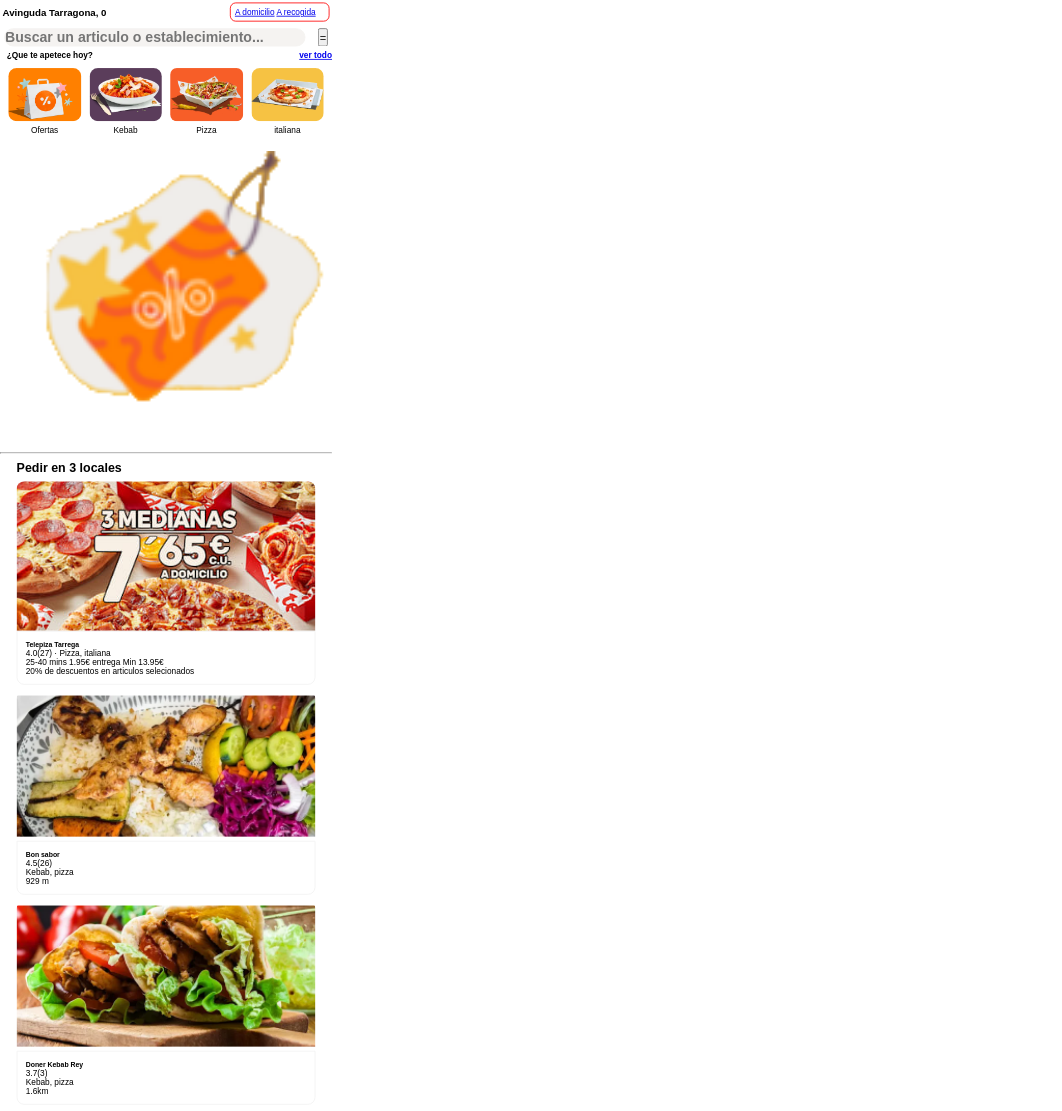
Repository: Srpinedaa/justEat
Page: index.html
These files come from the project's save history. The page is drawn as it stood at one moment and after the next save; the edit follows.
The browser window is 1280 px wide. The pictures show the whole page, at 83% of full size.

Above is the page before, as saved 2024-10-03 15:43:19.

After the next save:
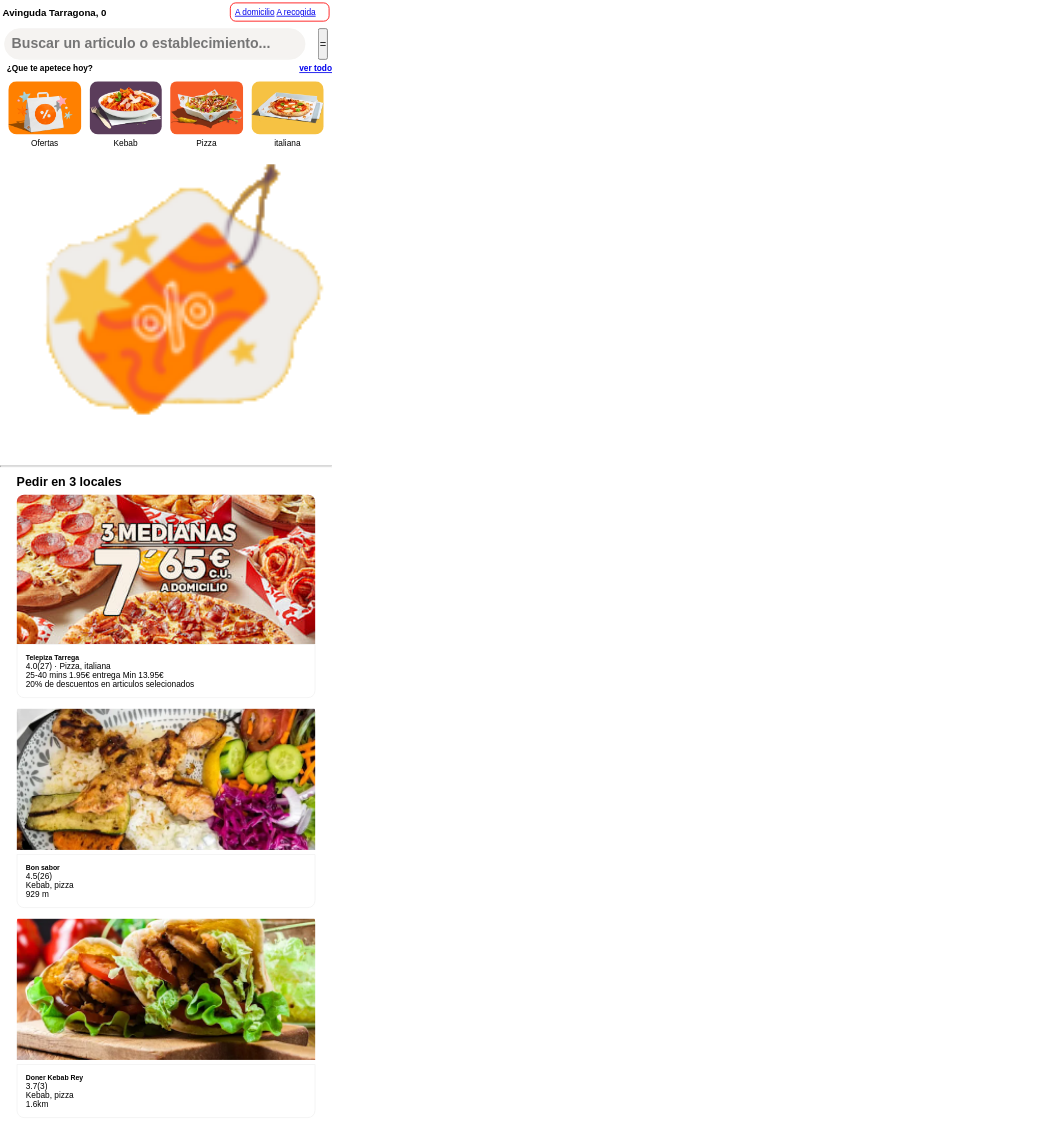
Saved 11 s later.
--- a/css/estilos.css
+++ b/css/estilos.css
@@ -36,7 +36,7 @@
 #navBuscador input{
     width: 93%;
     border-radius: 3rem;
-    /* padding: 1rem; */
+    padding: 8px;
     border: 1px solid #f5f3f1;
     background-color: #f5f3f1;
     font-size: 1.7rem;
